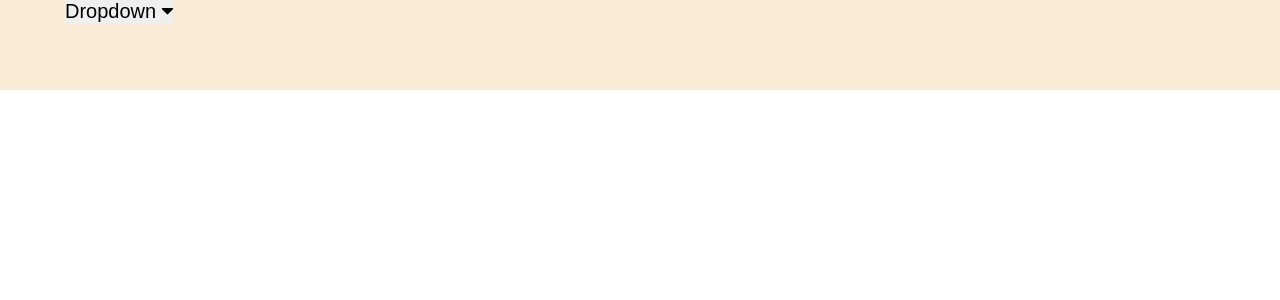
Repository: MorgunovaAlexandra/beauti
Page: index.html
These files come from the project's save history. The page is drawn as it stood at one moment and after the next save; the edit follows.
The browser window is 1280 px wide. The pictures show the whole page.

Above is the page before, as saved 2022-08-24 13:28:45.

### index.html
<!DOCTYPE html>
<html lang="en">
<head>
    <meta charset="UTF-8">
    <meta http-equiv="X-UA-Compatible" content="IE=edge">
    <meta name="viewport" content="width=device-width, initial-scale=1.0">
    <link rel="stylesheet" href="./style.css">
    <link rel="stylesheet" href="https://cdnjs.cloudflare.com/ajax/libs/font-awesome/4.7.0/css/font-awesome.min.css">
    <title>Document</title>
</head>
<body>
    <div class="wrapper">
        <header class="header">
            <div class="header-container _container">
            <nav class="dws-menu">
                <!-- <ul class="menu-list">
                    <li><a href="#"><i class="fa fa-"></i>Home</a></li>
                    <li><a href="#"><i class="fa fa-"></i>Shop</a></li>
                    <li><a href="#"><i class="fa fa-"></i>Pages</a></li>
                    <li><a href="#"><i class="fa fa-"></i>Blog</a></li>
                    <li><a href="#"><i class="fa fa-"></i>Look Book</a></li>
                </ul> -->
                <div class="dropdown">
                    <button class="dropbtn">Dropdown
                      <i class="fa fa-caret-down faa"></i>
                    </button>
                    <div class="dropdown-content">
                      <a href="#">Link 1</a>
                      <a href="#">Link 2</a>
                      <a href="#">Link 3</a>
                    </div>
                  </div>
            </nav>
            </div>
        </header>
    </div>
</body>
</html>

### style.css
* {
	margin: 0;
	padding: 0;
	border: 0;
	box-sizing: border-box;
}
:before,:after{
	padding: 0;
	margin: 0;
	border: 0;
	box-sizing: border-box;
}
html,body{
	height: 100%;
    font-family: 'SofiaProRegular';
	font-size: 18px;
	font-weight: 400;
}

.wrapper{
	width: 100%;
	overflow: hidden;

}
._container{
	max-width: 1170px;
	margin: 0px auto;
	padding: 0px 10px;
}
._container{
	max-width: 1170px;
	margin: 0px auto;
	padding: 0px 10px;
}
/*--------------------------*/
.header {
	font-family: 'TTCommons-Medium';
	position: absolute;/*---------изменено-----------------*/
	width: 100%;
	top: 0;
	left: 0;
	z-index: 50;
	font-size: 17px;
    height: 90px;
    background-color: antiquewhite;

}
.menu-list{
    display: flex;
    justify-content: center;
    align-items: center;
    height: 90px;

}

a{
   position: relative;
    text-decoration: none;
    color:rgb(37, 37, 37);
    margin-left: 40px;
}
/* a::after{
    position: absolute;
    bottom: -5px;
    content: "";
    display: block;
    height: 2px;
    width: 100%;
    right: 0;
    animation: move .8s ease-in;
}
@keyframes move {
    from {

      width: 100%;
    }
    to {
     width: 1%;
    }
  }
a:hover::after{

    background-color: aquamarine;
} */
.dropbtn{
    font-size: 20px;
}
.dropdown-content{
    display: none;
    position: absolute;
    background-color: #f9f9f9;
    min-width: 160px;
    z-index: 1;
}
.dropdown-content a {
    float: none;
    color: rgb(156, 153, 153);
    padding: 12px 16px;
    text-decoration: none;
    display: block;
    text-align: left;
}
.dropdown-content a:hover {
    color: rgb(67, 66, 66);
}

.dropdown:hover .dropdown-content {
    display: block;
}

After the next save:
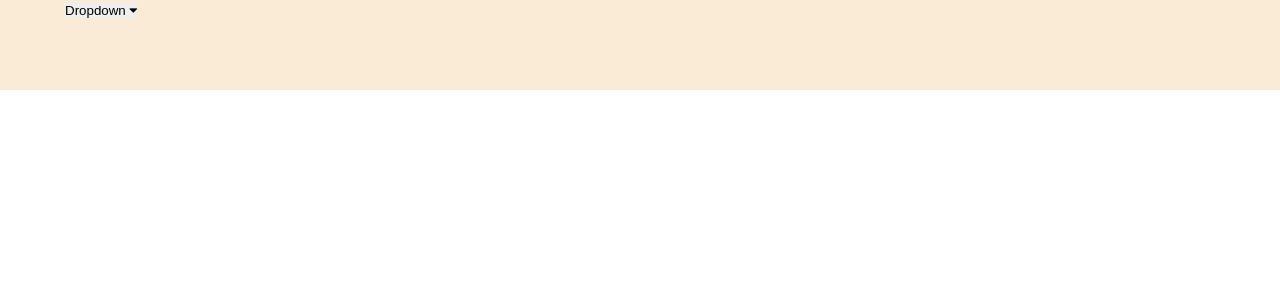
Saved 19 s later.
--- a/style.css
+++ b/style.css
@@ -82,6 +82,7 @@
 
     background-color: aquamarine;
 } */
+faa
 .dropbtn{
     font-size: 20px;
 }

After the 2 saves that followed:
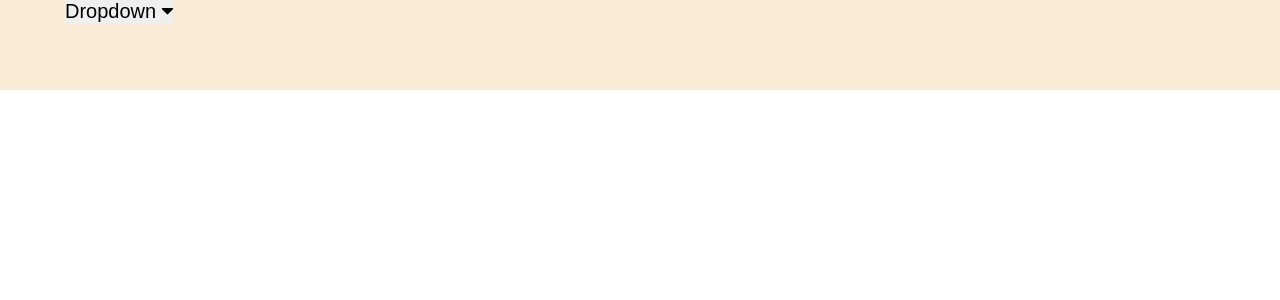
The 2 saves are shown as one change because they came seconds apart.
The last was saved 8 s later.
--- a/style.css
+++ b/style.css
@@ -82,7 +82,9 @@
 
     background-color: aquamarine;
 } */
-faa
+.faa{
+
+}
 .dropbtn{
     font-size: 20px;
 }
